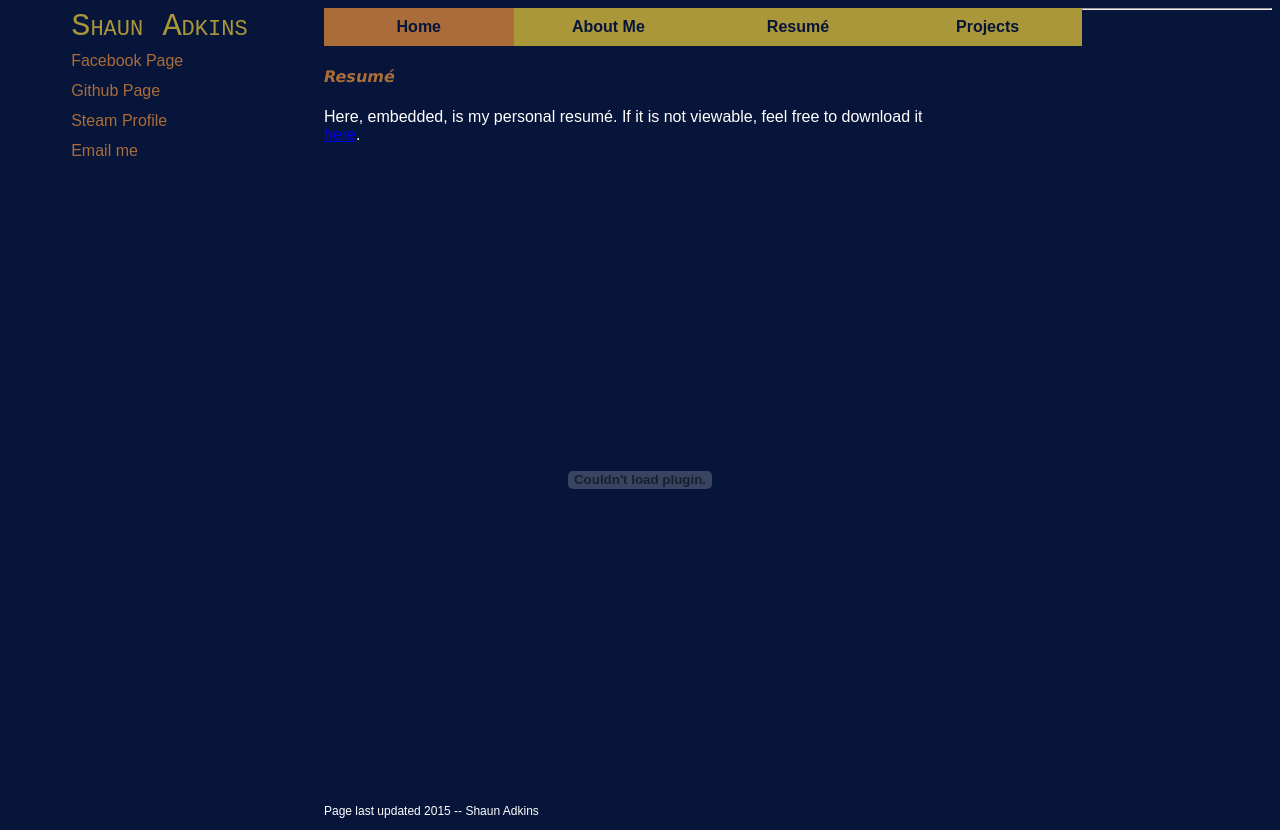
Repository: adkinsrs/sadkins_site
Page: html/resume.html
The author's editor kept a record of every edit. The page is drawn from the files as they stood at one moment, then again after the next edit.
The browser window is 1280 px wide. The pictures show the whole page.

Above is the page before.

After the next edit:
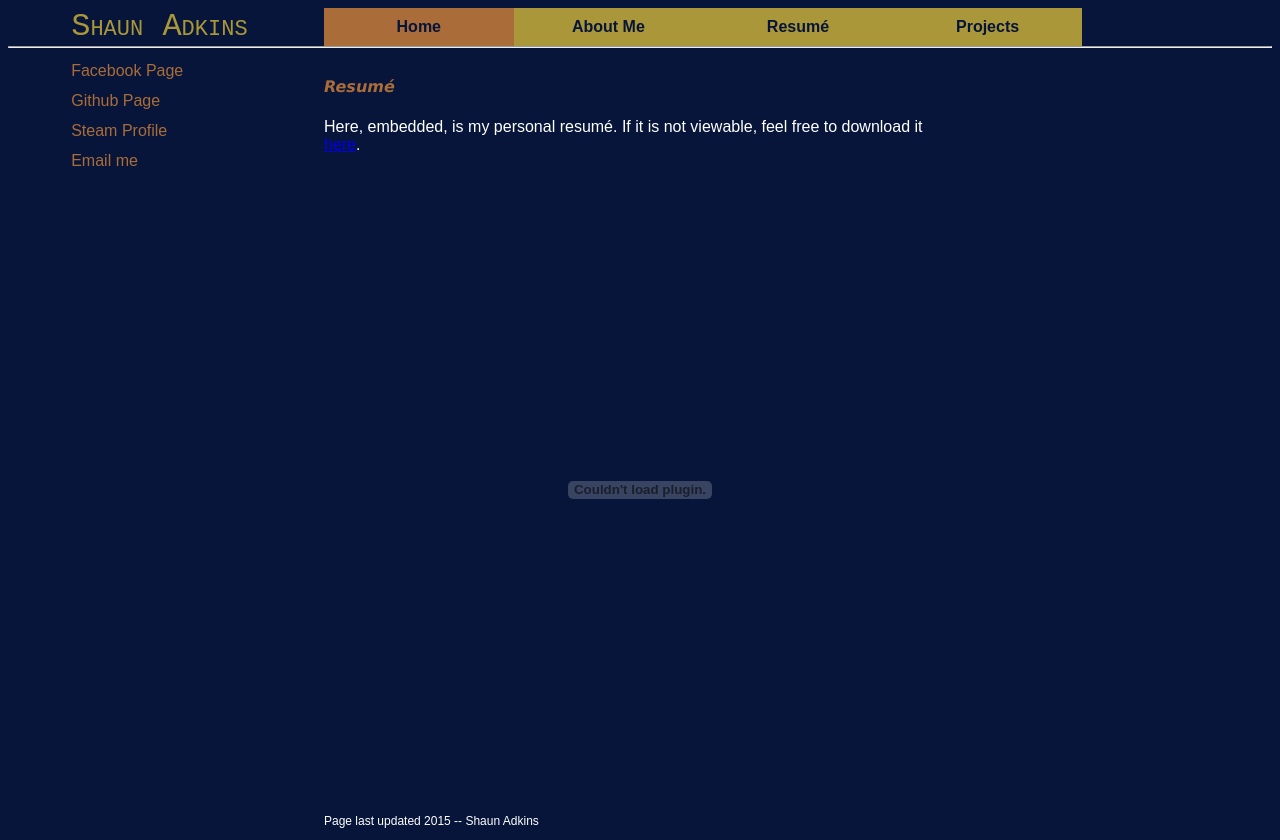
The edit:
--- a/css/main.css
+++ b/css/main.css
@@ -13,6 +13,10 @@
     font-family:"Lucida Sans Unicode", "Lucida Grande", sans-serif;
     color: #AA6C39;
     font-style: italic;
+}
+
+hr {
+    clear: both;
 }
 
 nav {
